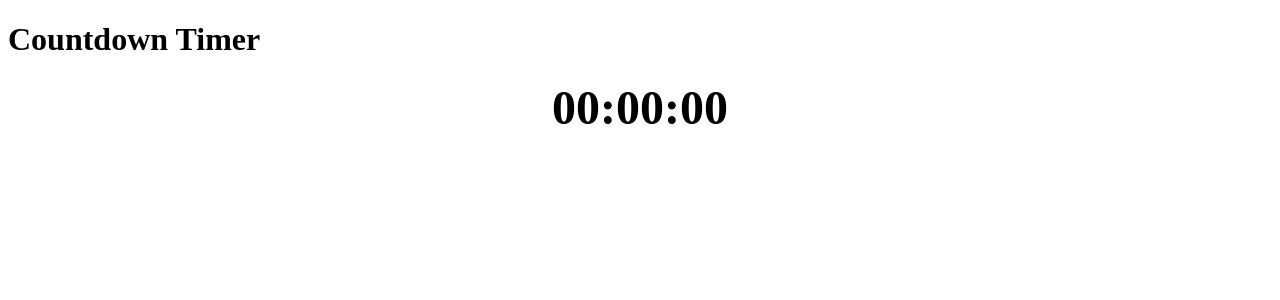
Repository: seamoonpandey/ethos-countdown
Page: index.html
The author's editor kept a copy of each file at every save. The page is drawn from the files as they stood at one save, then again after a run of saves.
The browser window is 1280 px wide. The pictures show the whole page.

Above is the page before, as saved 2023-06-29 18:19:20.
Not found: script.js

After the next 2 saves:
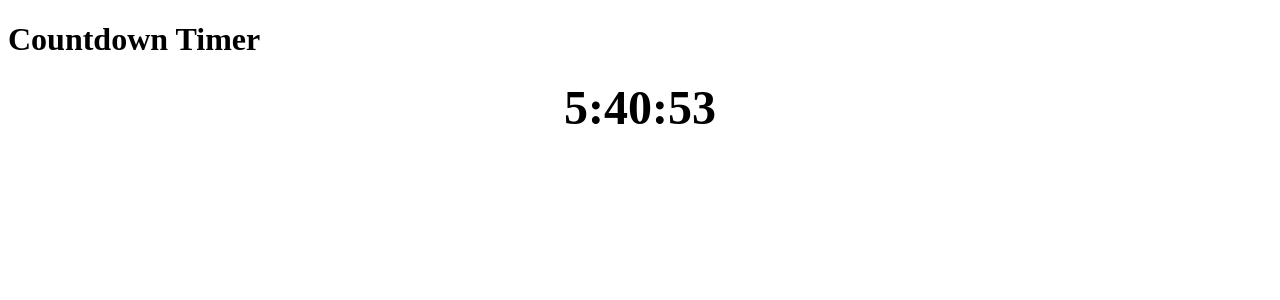
The 2 saves are shown as one change because they came seconds apart.
The last was saved 12 s later.
--- /dev/null
+++ b/script.js
@@ -0,0 +1,27 @@
+window.onload = function() {
+    // Set the date and time for the countdown
+    var countDownDate = new Date("June 30, 2023 00:00:00").getTime();
+
+    // Update the countdown every 1 second
+    var countdown = setInterval(function() {
+        // Get the current date and time
+        var now = new Date().getTime();
+
+        // Find the distance between now and the countdown date
+        var distance = countDownDate - now;
+
+        // Calculate time units
+        var hours = Math.floor((distance % (1000 * 60 * 60 * 24)) / (1000 * 60 * 60));
+        var minutes = Math.floor((distance % (1000 * 60 * 60)) / (1000 * 60));
+        var seconds = Math.floor((distance % (1000 * 60)) / 1000);
+
+        // Display the result in the element with id="timer"
+        document.getElementById("timer").innerHTML = hours + ":" + minutes + ":" + seconds;
+
+        // If the countdown is over, display a message
+        if (distance < 0) {
+            clearInterval(countdown);
+            document.getElementById("timer").innerHTML = "EXPIRED";
+        }
+    }, 1000);
+};
